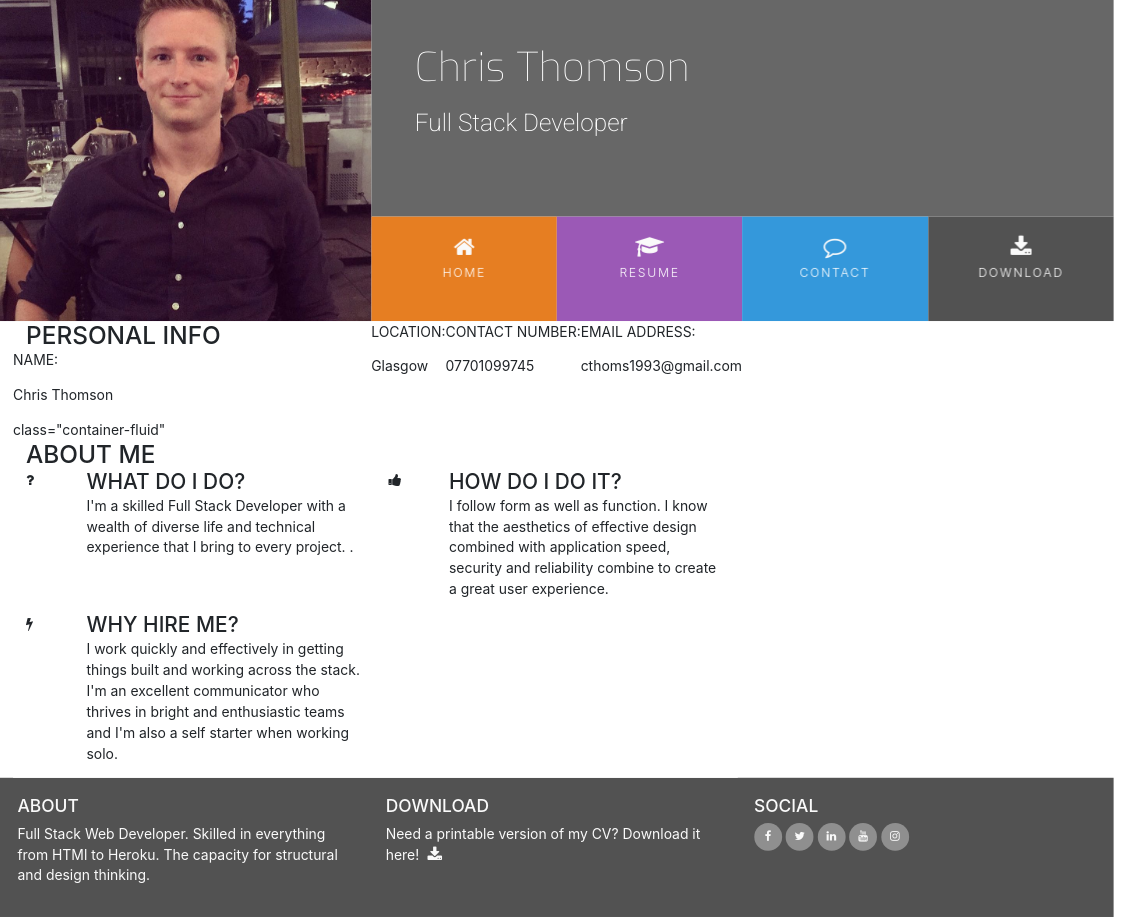
Repository: cthoms1993/Resume
Page: index.html
The author's editor kept a record of every edit. The page is drawn from the files as they stood at one moment, then again after the next edit.
The browser window is 1280 px wide. The page is 1295 px wide, so the pictures cover 1295 px, including what lies to the right of the window. The pictures show the whole page, at 87% of full size.

Above is the page before.

After the next edit:
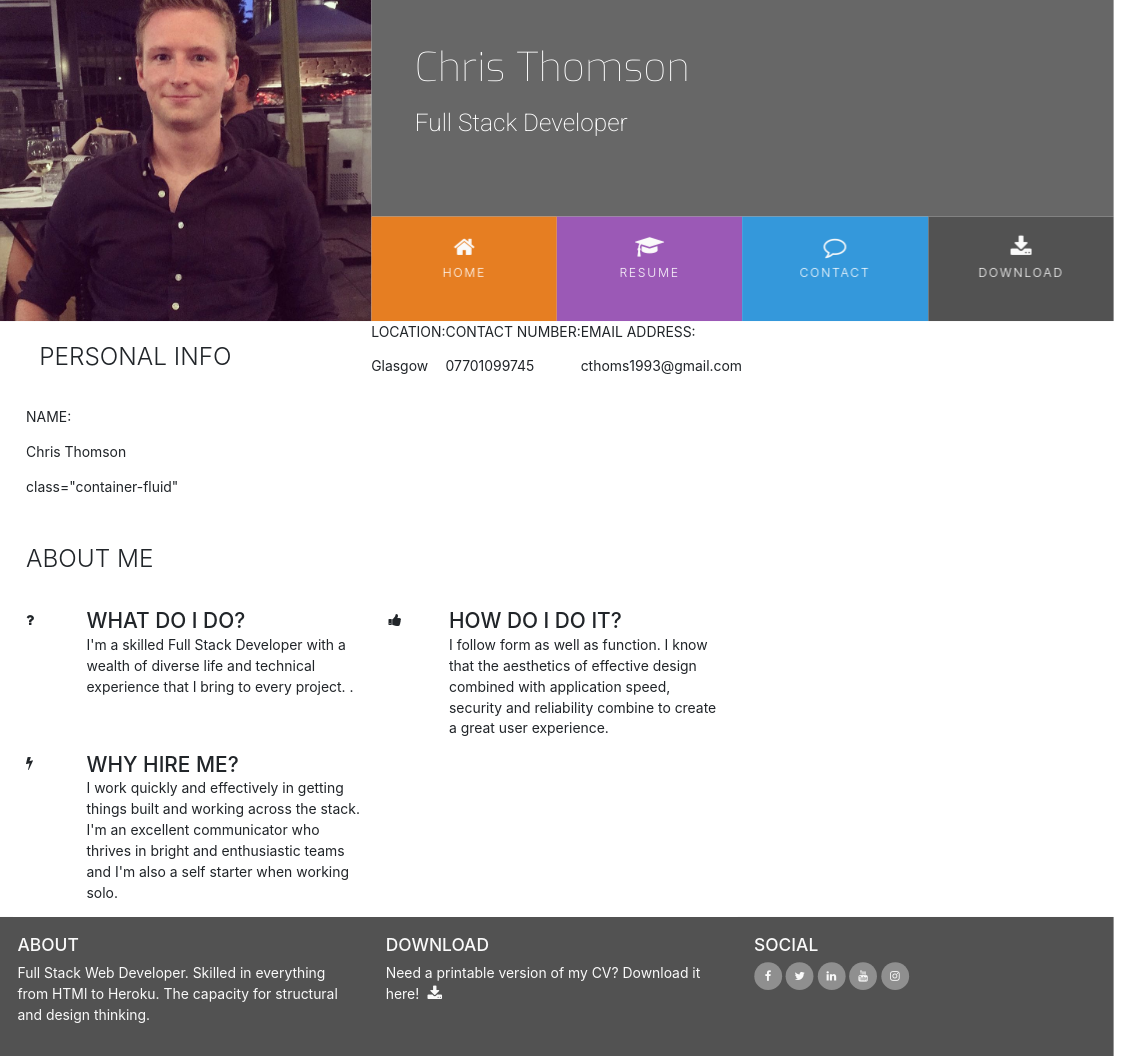
The edit:
--- a/assets/css/style.css
+++ b/assets/css/style.css
@@ -53,6 +53,21 @@
 
 .row-table {
     display: table;
+}
+
+
+.section-column {
+    display: table-cell;
+    padding: 0 30px 30px;
+    float: none;
+}
+
+.section-heading {
+    font: "exo", sans-serif;
+    font-weight: 300;
+    margin-top: 25px;
+    margin-bottom: 40px;
+
 }
 
 /*-------------------------heading*/
